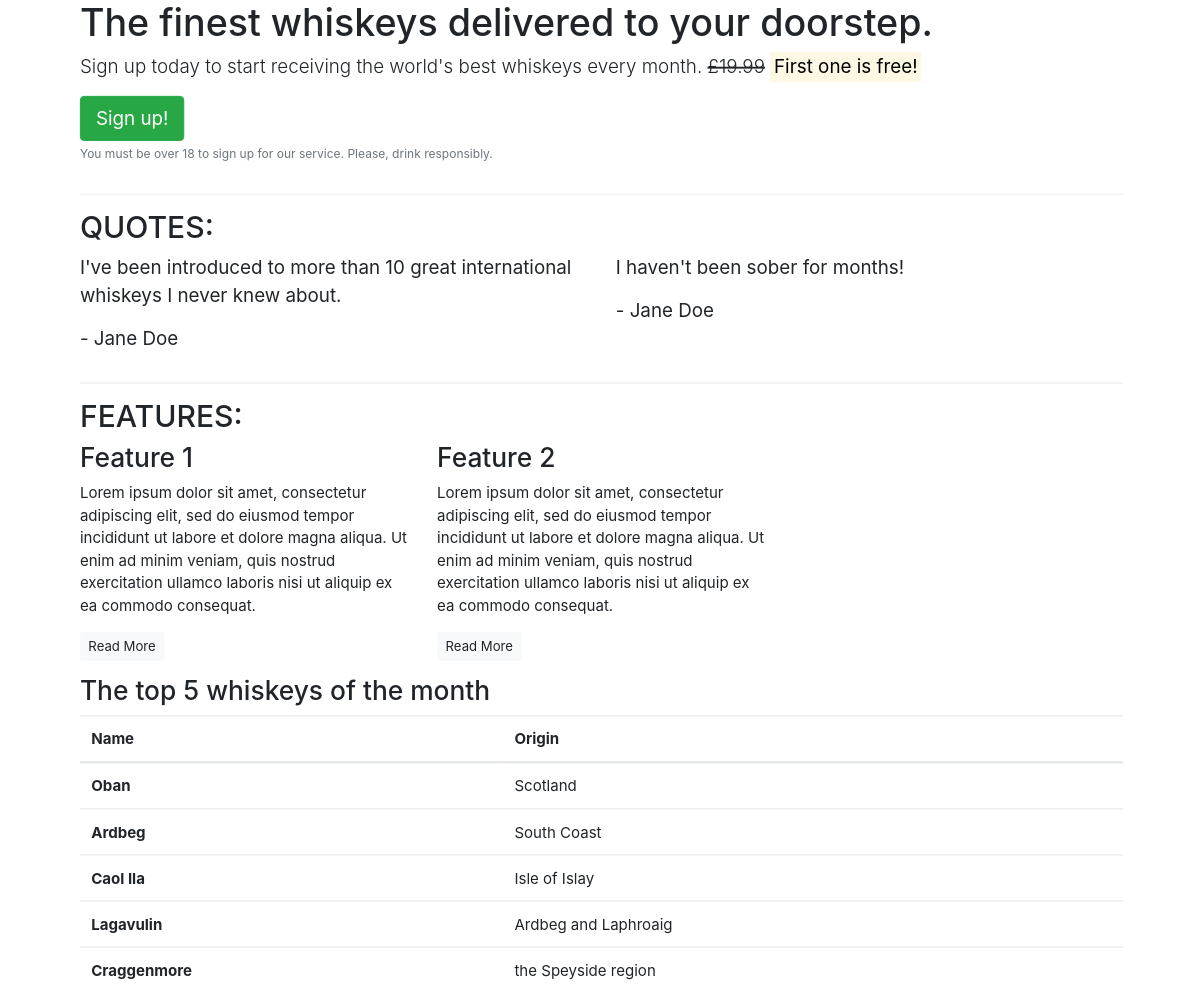
Repository: hidayatmansuri/BootStrap
Page: index.html
The author's editor kept a record of every edit. The page is drawn from the files as they stood at one moment, then again after the next edit.
The browser window is 1280 px wide. The pictures show the whole page, at 94% of full size.

Above is the page before.

After the next edit:
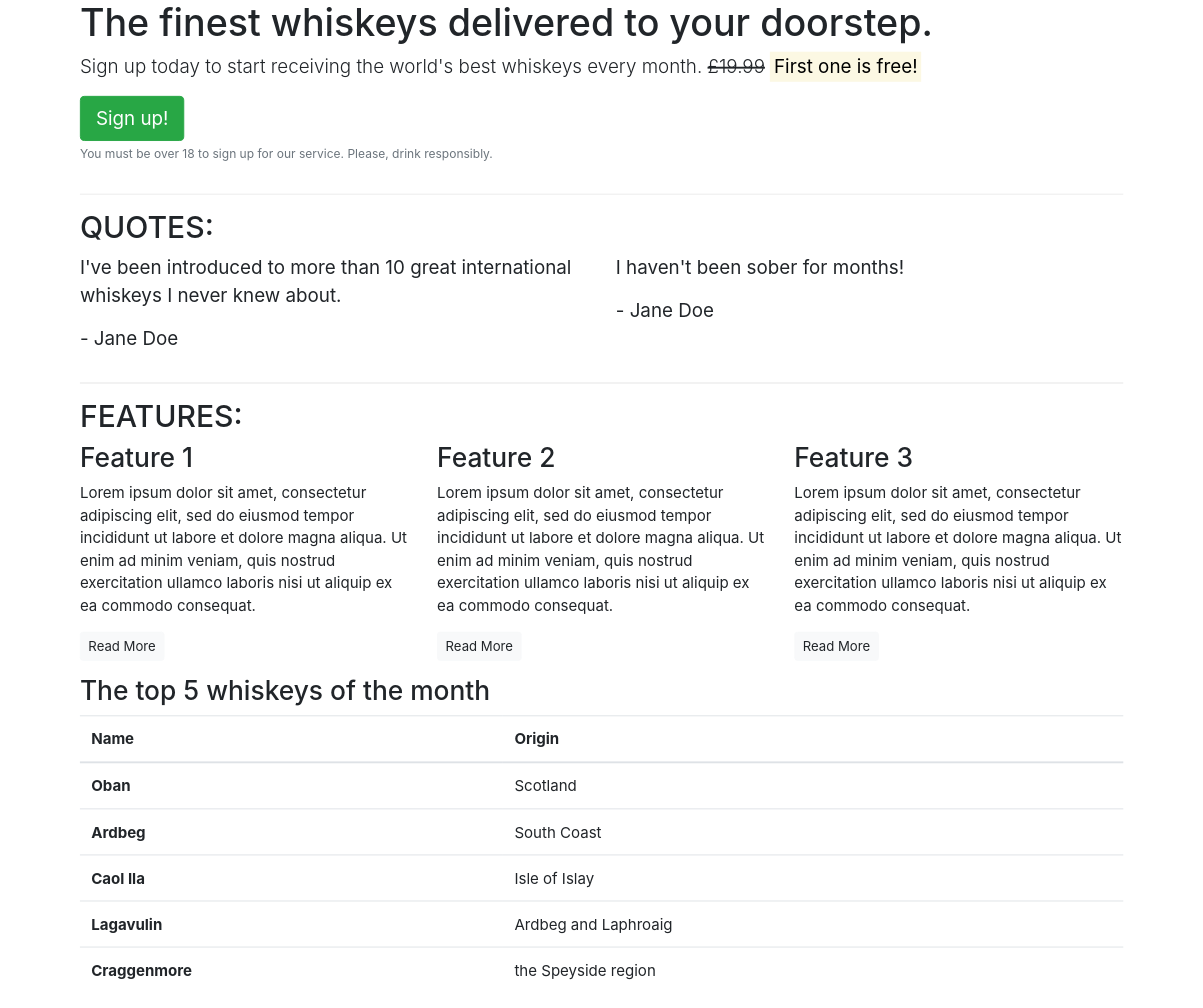
The edit:
--- a/index.html
+++ b/index.html
@@ -73,7 +73,7 @@
                         <p><a class ="btn btn-sm btn-light">Read More</a></p>
                     </div>
                 </div>
-                <div class="col-12 d-md-none">
+                <div class="col-12 d-md-none d-lg-block col-lg-4">
                     <div class="feature">
                         <h3>Feature 3</h3>
                         <p>Lorem ipsum dolor sit amet, consectetur adipiscing elit, sed do eiusmod tempor incididunt ut labore et dolore magna aliqua. Ut enim ad minim veniam, quis nostrud exercitation ullamco laboris nisi ut aliquip ex ea commodo consequat.</p>
